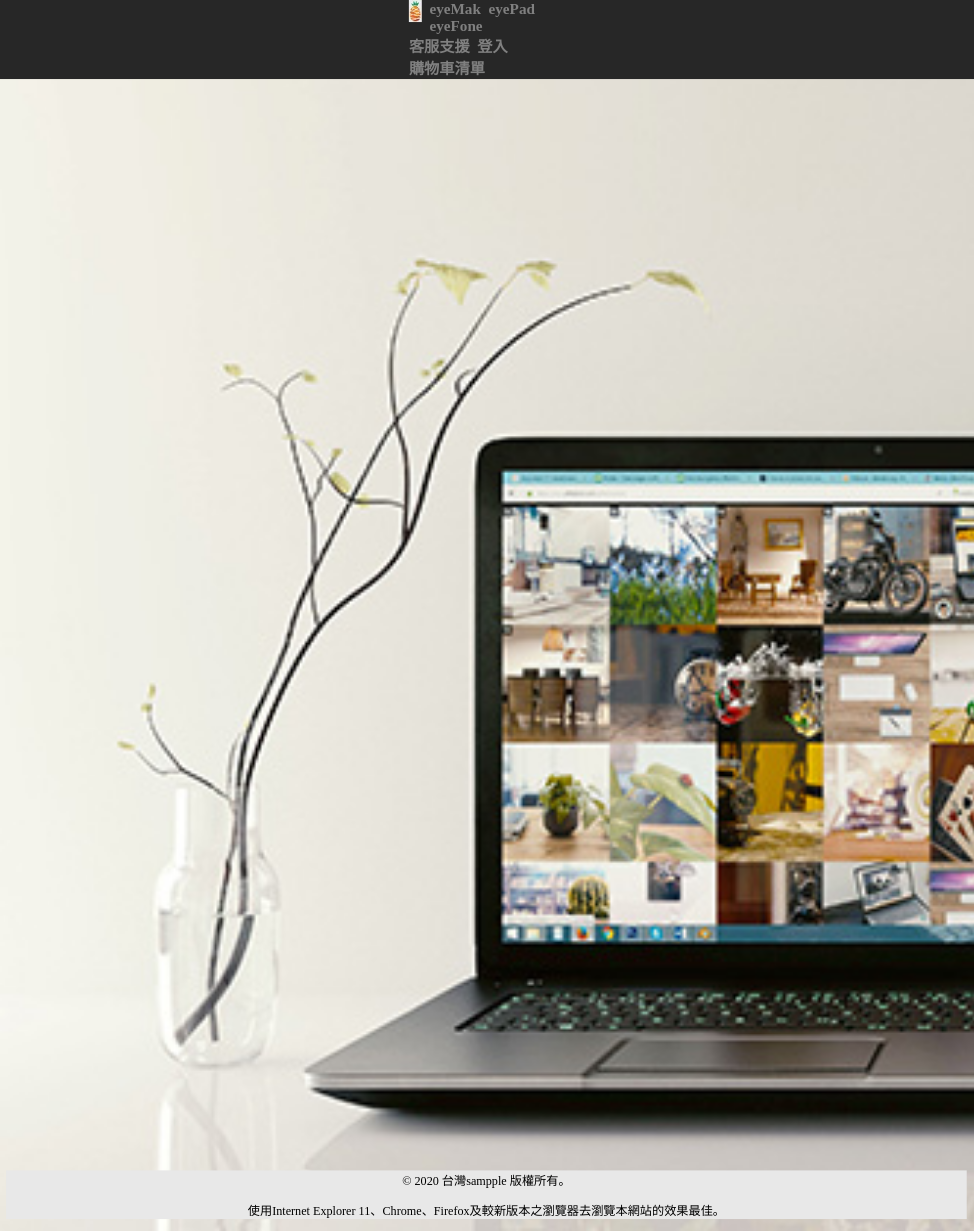
Repository: Vincent4142/NewFinalProject
Page: http://localhost/FinalProject/
The author's editor kept a copy of each file at every save. The page is drawn from the files as they stood at one save, then again after the next save.
The browser window is 1280 px wide. The page is 1282 px wide, so the pictures cover 1282 px, including what lies to the right of the window. The pictures show the whole page, at 76% of full size.
The page is served by Tomcat 9. Other server files are loaded and not shown.

Above is the page before, as saved 2020-04-09 06:17:23.

### FinalProject/WebContent/index.jsp
<%@ page language="java" contentType="text/html; charset=UTF-8"
	pageEncoding="UTF-8"%>

<!DOCTYPE html>
<html>
<head>
<meta charset="UTF-8">
<title>index</title>
<style type="text/css">
body {
	background-image: url(img/indexbackground.jpg);
	background-repeat: no-repeat;
	background-size: cover;
}
#content{
	height: 1400px;
}

</style>
</head>
<body>

	<%@ include file="fragment/indexTOP.jsp"%>


	<div id="content">

	</div>




	<%@ include file="fragment/indexBOTTOM.jsp"%>
</body>
</html>

### FinalProject/WebContent/fragment/indexTOP.jsp
<%@ page language="java" contentType="text/html; charset=UTF-8"
	pageEncoding="UTF-8"%>
<!DOCTYPE html>
<html>
<head>
<meta charset="UTF-8">
<title>indexTOP</title>

<style type="text/css">
.nav {
	padding-left:500px;
	padding-right:500px;
	margin-top: -20px;
	margin-left: -10px;
	margin-right: -10px;
	background-color: #272727;
}
/* 主UL */
.navul {

	list-style-type: none;
	font-weight: bolder;
	font-size: 20px;
	overflow: auto;
}

.navul li {
	border-radius: 5px;
	margin-left: 0px;
	margin-right: 10px;
	float: left;
	display: block;
	position: static;
}

.navul li a {
	text-decoration: none;
	color: gray;
}

.navul li a:hover {
	color: white;
}

#navright {
	float: right;
}
</style>

</head>
<body>

	<nav class="nav" style="text-align: center;">

		<ul class="navul">
			<li><a href="index.jsp"><img alt="logo" src="img/pineapple.jpg"></a></li>
			<li><a href="eyeMakPage.jsp">eyeMak</a></li>
			<li><a href="eyePadPage.jsp">eyePad</a></li>
			<li><a href="eyeFonePage.jsp">eyeFone</a></li>

			<div id="navright">
				<li><a href="customerServicePage.jsp">客服支援</a></li>
				<li><a href="LoginPage.jsp">登入</a></li>
				<li><a href="shoppingcartPage.jsp">購物車清單</a></li>
			</div>
		</ul>

	</nav>

</body>
</html>

### FinalProject/WebContent/fragment/indexBOTTOM.jsp
<%@ page language="java" contentType="text/html; charset=UTF-8"
    pageEncoding="UTF-8"%>
<!DOCTYPE html>
<html>
<head>
<meta charset="UTF-8">
<title>indexBOTTOM</title>

<style type="text/css">

	#bottom{
		background-color:#E8E8E8;
		text-align: center;

	}

</style>

</head>
<body>
	<div id="bottom">
		<p>© 2020 台灣sampple 版權所有。</p>

		<p>使用Internet Explorer 11、Chrome、Firefox及較新版本之瀏覽器去瀏覽本網站的效果最佳。</p>
	</div>
</body>
</html>

After the next save:
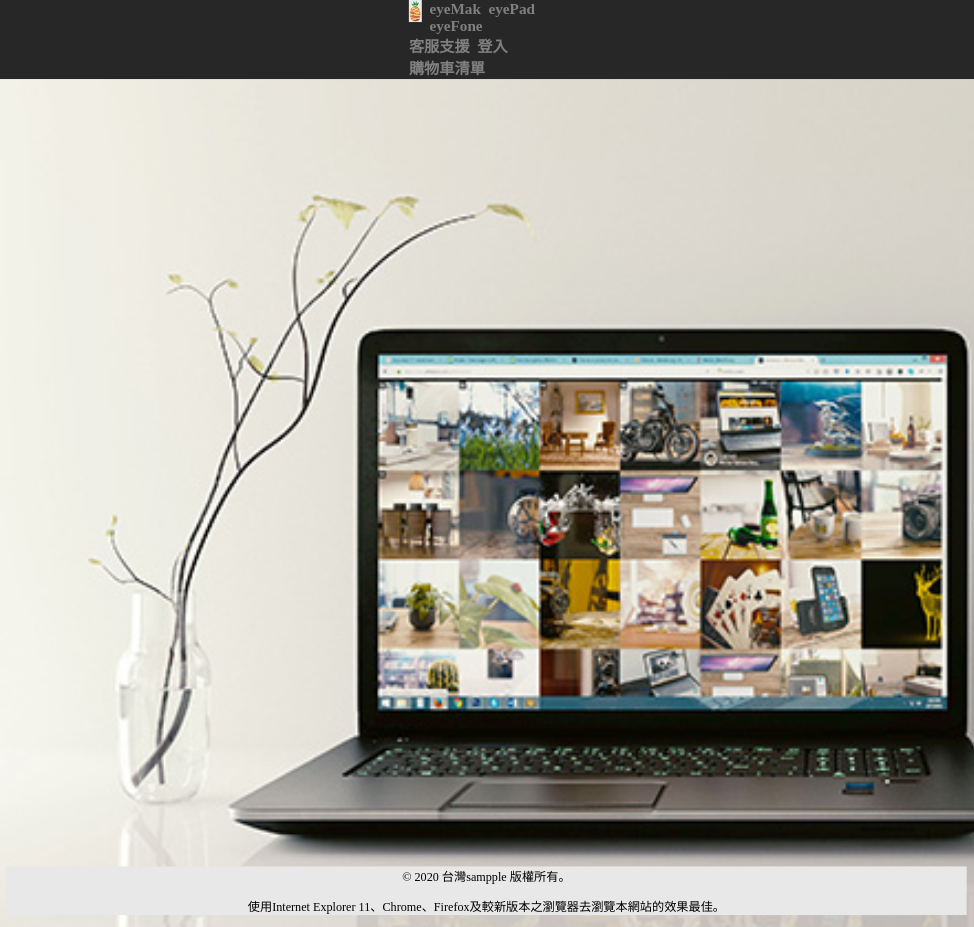
Saved 16 s later.
--- a/FinalProject/WebContent/index.jsp
+++ b/FinalProject/WebContent/index.jsp
@@ -13,7 +13,7 @@
 	background-size: cover;
 }
 #content{
-	height: 1400px;
+	height: 1000px;
 }
 
 </style>
